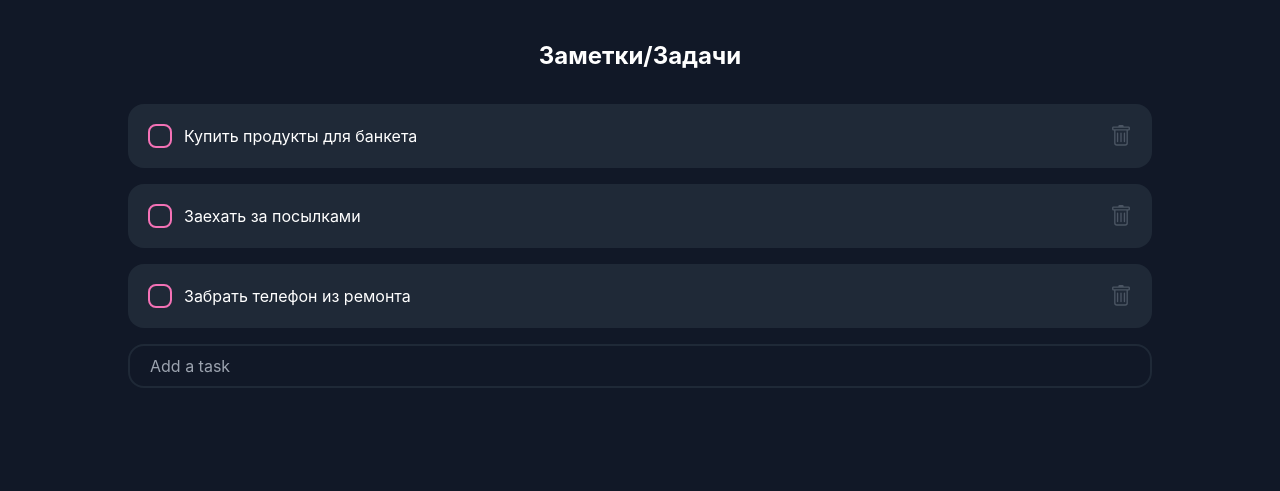
Repository: VachArt/react-exam-work
Page: /
The author's editor kept a copy of each file at every save. The page is drawn from the files as they stood at one save, then again after the next save.
The browser window is 1280 px wide. The pictures show the whole page.
The project was rebuilt for these pictures with package versions that can differ from the ones it lists, and the page was loaded fresh each time.

Above is the page before, as saved 2022-04-27 22:31:20.

### src/index.jsx
import React from 'react'
import ReactDOM from 'react-dom/client'
import './index.css'
import Home from './components/pages/Home/Home'
import Layout from './components/layout/Layout'

const root = ReactDOM.createRoot(document.getElementById('root'));
root.render(
  <React.StrictMode>
    <Layout>
      <Home />
    </Layout>
  </React.StrictMode>
);

### src/components/pages/Home/Home.jsx
import React, { useState } from 'react'
import TodoItem from './item/TodoItem'
import CreateTodoField from './create-todo-field/CreateTodoField'

const data = [
    {
        _id: "efnejhj",
        title: "Купить продукты для банкета",
        isCompleted: false,
    },
    {
        _id: "efnejhrrrr",
        title: "Заехать за посылками",
        isCompleted: false,
    },
    {
        _id: "efnejhj2323",
        title: "Забрать телефон из ремонта",
        isCompleted: false,
    }
]

const Home = () => {
    const [todos, setTodos] = useState(data)

    const changeTodo = (id) => {
        const copy = [...todos]
        const current = copy.find(t => t._id === id)
        current.isCompleted = !current.isCompleted
        setTodos(copy)
    }

    const removeTodo = id => setTodos([...todos].filter(t => t._id !== id))

    const addTodo = (title) => {
        setTodos([
            {
                _id: new Date(),
                title,
                isCompleted: false
            },
            ...todos,
        ])
    }

    window.addTodo = addTodo

    return (
        <div className='text-white w-4/5 mx-auto'>
            <h1 className='text-2xl font-bold text-center mb-8'>Заметки/Задачи</h1>
            {todos.map(todo => (
                <TodoItem
                    key={todo._id}
                    todo={todo}
                    changeTodo={changeTodo}
                    removeTodo={removeTodo}
                />
            ))}
            <CreateTodoField addTodo={addTodo} />
        </div>
    )
}

export default Home

### src/components/layout/Layout.jsx
import React from 'react'

const Layout = ({ children }) => {
    return <div className='py-10 bg-gray-900 h-screen'>{children}</div>
}

export default Layout

### src/components/pages/Home/item/TodoItem.jsx
import React from 'react'
import Check from './Check'
import cn from 'classnames'
import {BsTrash} from 'react-icons/bs'

const TodoItem = ({todo, changeTodo, removeTodo}) => {
    return (
        <div className='flex items-center justify-between mb-4 rounded-2xl bg-gray-800 p-5 w-full'>
            <button className='flex items-center'
                    onClick={() => changeTodo(todo._id)}
            >
                    <Check isCompleted={todo.isCompleted} />
                    <span
                        className={cn({
                            'line-through': todo.isCompleted,
                        })}
                    >
                        {todo.title}
                    </span>
            </button>
            <button onClick={() => removeTodo(todo._id)}>
                <BsTrash
                    size={22}
                    className='text-gray-600 hover:text-red-600
                    transition-colors ease-in-out duration-300'
                />
            </button>
        </div>
    )
}



export default TodoItem

### src/components/pages/Home/create-todo-field/CreateTodoField.jsx
import React, { useState } from "react"

const CreateTodoField = ({addTodo}) => {
    const [title, setTitle] = useState('')

    return (
        <div className='flex items-center justify-between mb-4 rounded-2xl border-gray-800 border-2 px-5 py-2 w-full'>
            <input
                type='text'
                onChange={e => setTitle(e.target.value)}
                value={title}
                onKeyPress={e => e.key === 'Enter' && addTodo(title)}
                className='bg-transparent w-full border-none outline-none'
                placeholder='Add a task'
            />
        </div>
    )
}

export default CreateTodoField

### src/components/pages/Home/item/Check.jsx
import React from 'react'
import {BsCheck} from 'react-icons/bs'
import cn from 'classnames'

const Check = ({isCompleted}) => {
    return (
        <div className={cn(`border-2 rounded-lg border-pink-400 w-6 h-6 mr-3 flex items-center justify-center`,
                {
                    'bg-pink-400': isCompleted,
                }
            )}
        >
            {isCompleted && <BsCheck size={24}
            className='text-gray-900'/>}
        </div>
    )
}

export default Check

Loaded but not shown: public/index.html (common file); src/index.css (common file); tailwind.config.js (common file)

After the next save:
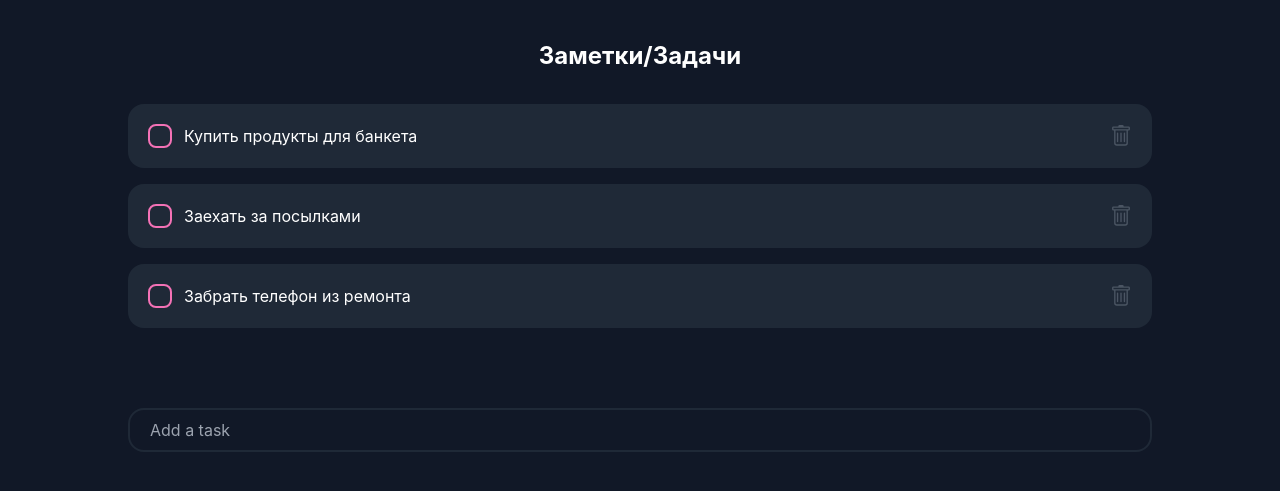
Saved 37 s later.
--- a/src/components/pages/Home/create-todo-field/CreateTodoField.jsx
+++ b/src/components/pages/Home/create-todo-field/CreateTodoField.jsx
@@ -4,7 +4,7 @@ const CreateTodoField = ({addTodo}) => {
     const [title, setTitle] = useState('')
 
     return (
-        <div className='flex items-center justify-between mb-4 rounded-2xl border-gray-800 border-2 px-5 py-2 w-full'>
+        <div className='flex items-center justify-between mb-4 rounded-2xl border-gray-800 border-2 px-5 py-2 mt-20 w-full'>
             <input
                 type='text'
                 onChange={e => setTitle(e.target.value)}
